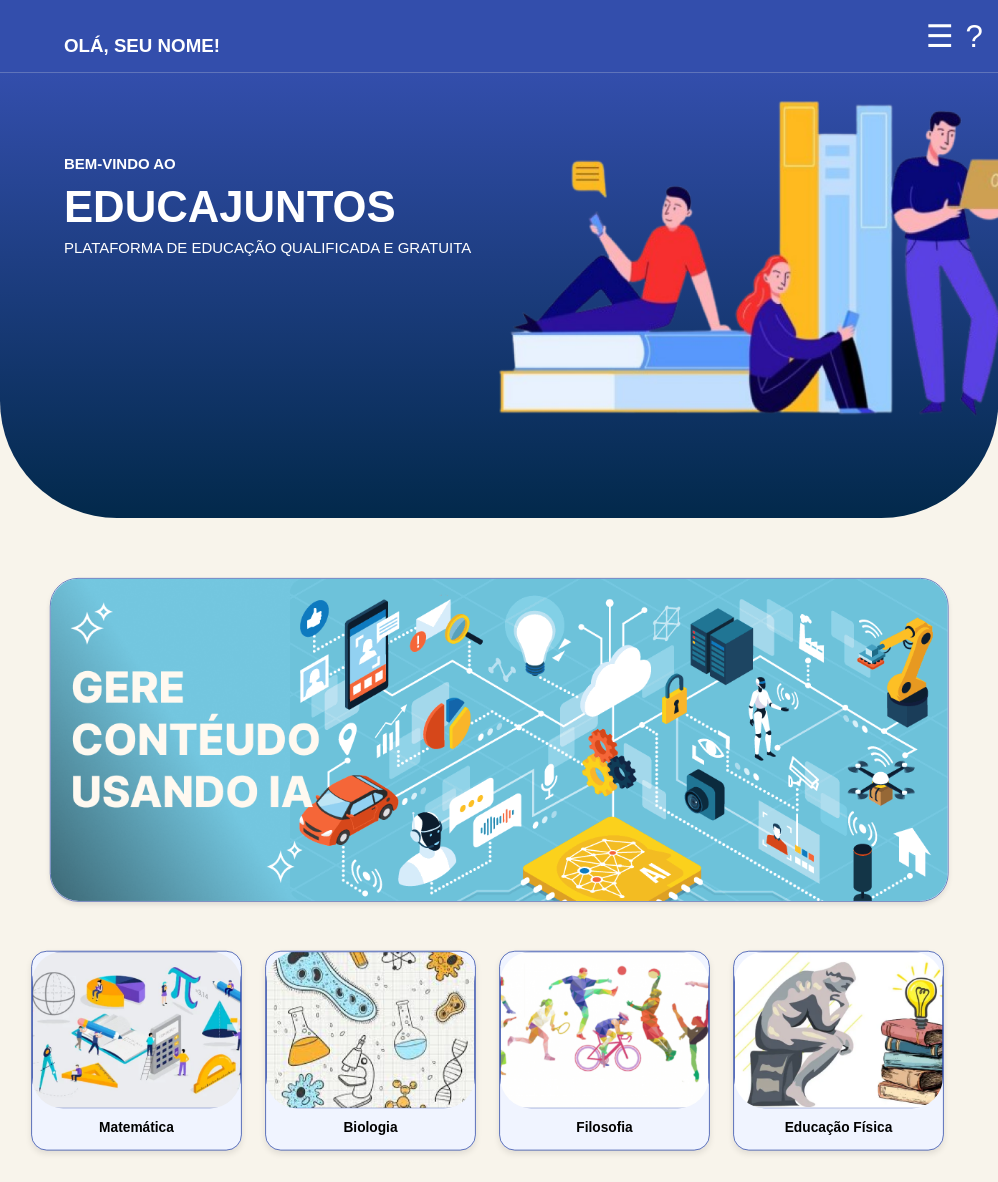
Repository: Matheus904-12/EDUCAJUNTOS
Page: inicio/index.html
The author's editor kept a copy of each file at every save. The page is drawn from the files as they stood at one save, then again after the next save.
The browser window is 1280 px wide. The pictures show the whole page, at 78% of full size.

Above is the page before, as saved 2024-10-28 20:00:01.

### inicio/index.html
<!DOCTYPE html>
<html lang="pt-BR">

<head>
    <meta charset="UTF-8">
    <meta name="viewport" content="width=device-width, initial-scale=1.0">
    <title>Educajuntos</title>
    <link rel="stylesheet" href="style.css">
</head>

<body>
    <header>
        <h1>OLÁ, SEU NOME!</h1>
        <nav>
            <button class="menu-btn">&#9776;</button>
            <button class="help-btn">?</button>
        </nav>
    </header>

    <section class="hero">
        <h2>BEM-VINDO AO</h2>
        <h3>EDUCAJUNTOS</h3>
        <p>PLATAFORMA DE EDUCAÇÃO QUALIFICADA E GRATUITA</p>
        <div class="hero-image">
            <img src="../image/1.png" alt="Imagem ilustrativa de pessoas estudando">
        </div>
    </section>

    <br>
    <br>
    <br>

    <main>

        <div class="category-card large">
            <img src="../image/7.png" alt="IA">
        </div>

        <section class="categories">
            <div class="category-card">
                <img src="../image/2.png" alt="Matemática">
                <p>Matemática</p>
                <br>
            </div>
            <div class="category-card">
                <img src="../image/3.png" alt="Biologia">
                <p>Biologia</p>
                <br>
            </div>
            <div class="category-card">
                <img src="../image/6.png" alt="Filosofia">
                <p>Filosofia</p>
                <br>
            </div>
            <div class="category-card">
                <img src="../image/5.png" alt="Educação Física">
                <p>Educação Física</p>
                <br>
            </div>
        </section>
    </main>

    <script src="script.js"></script>
</body>

</html>

### inicio/style.css
* {
    margin: 0;
    padding: 0;
    box-sizing: border-box;
    font-family: Arial, sans-serif;
}

body {
    background-color: #F8F4EB;
    color: #333;
}

header {
    background-color: #334EAC;
    color: #fff;
    padding: 20px;
    display: flex;
    justify-content: space-between;
    align-items: center;
}

header h1 {
    font-size: 1.5em;
    margin-left: 5%;
    margin-top: 2%;
}

nav {
    display: flex;
    gap: 15px;
}

.menu-btn,
.help-btn {
    background: none;
    border: none;
    color: #fff;
    font-size: 2.5em;
    cursor: pointer;
}

/* Hero Section with Rounded Bottom Borders and Centered Image */
.hero {
    background: linear-gradient( #334EAC, #02294b);
    color: #fff;
    padding: 45px 20px;
    border-bottom-left-radius: 150px;
    border-bottom-right-radius: 150px;
    position: relative;
    display: flex;
    flex-direction: column;
    align-items: flex-start;
    overflow: hidden;

}

.hero h2 {
    font-size: 1.2em;
    margin-bottom: 10px;
    font-weight: bold;
    margin-left: 5%;
    margin-top: 5%;
}

.hero h3 {
    font-size: 3.5em;
    margin-bottom: 10px;
    font-weight: bold;
    margin-left: 5%;
}

.hero p {
    font-size: 1.2em;
    margin-bottom: 20px;
    margin-left: 5%;
}

.hero-image {
    display: flex;
    margin-left: 45%;
    width: 782px;
    height: 580px;
    margin-top: -25%;
}

.hero-image img {
    width: 100%;
    height: auto;
    border-radius: 0 0 150px 150px;
}

/* Categories Section */
.categories {
    display: grid;
    grid-template-columns: repeat(4, 1fr);
    gap: 0px;
    padding: 40px;
}

.category-card {
    background-color: #F0F4FF; /* Cor de fundo suave */
    border: 1px solid #334EAC; /* Contorno azul */
    border-radius: 20px;
    text-align: center;
    box-shadow: 0px 4px 8px rgba(0, 0, 0, 0.1);
    width: 90%;
    height: 100%;

}

.category-card img {
    width: 100%;
    border-radius: 40px;
    margin-top: 0px;
}

.category-card p {
    margin-top: 10px;
    font-size: 1.1em;
    font-weight: bold;
    color: #000000;
}

/* Ajuste do card para o modo grande */
.category-card.large {
    grid-column: span 2;
    display: flex;
    justify-content: center;
    align-items: center;
    font-size: 1.5em;
    font-weight: bold;
    width: 100%;
    transform: scale(90%);
    border-radius: 40px;
}

### inicio/script.js
document.addEventListener('DOMContentLoaded', () => {
    const menuButton = document.querySelector('.menu-btn');
    const dropdownMenu = document.querySelector('.dropdown-menu');

    menuButton.addEventListener('click', () => {
        dropdownMenu.style.display = dropdownMenu.style.display === 'block' ? 'none' : 'block';
    });

    // Fecha o menu dropdown ao clicar fora dele
    document.addEventListener('click', (event) => {
        if (!menuButton.contains(event.target) && !dropdownMenu.contains(event.target)) {
            dropdownMenu.style.display = 'none';
        }
    });
});

After the next save:
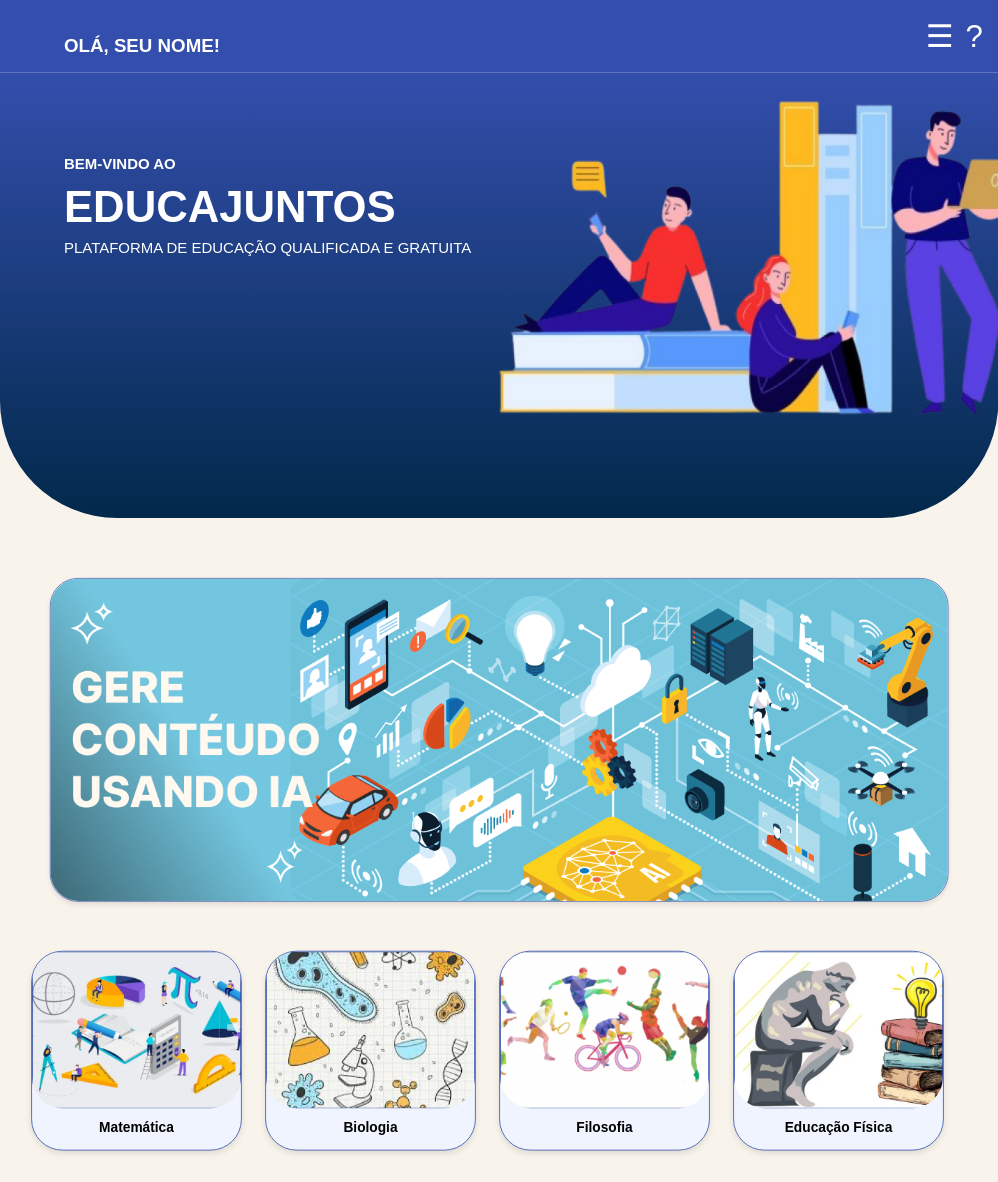
Saved 19 s later.
--- a/inicio/style.css
+++ b/inicio/style.css
@@ -100,7 +100,7 @@ nav {
 .category-card {
     background-color: #F0F4FF; /* Cor de fundo suave */
     border: 1px solid #334EAC; /* Contorno azul */
-    border-radius: 20px;
+    border-radius: 40px;
     text-align: center;
     box-shadow: 0px 4px 8px rgba(0, 0, 0, 0.1);
     width: 90%;
